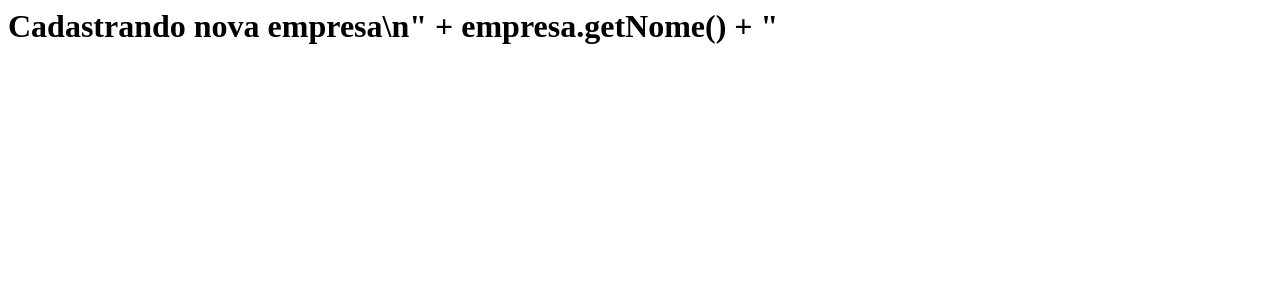
Repository: DerickLFAndrade/Aplicacao_Java_Web_Servlet_TomCat
Page: http://localhost/gerenciador/novaEmpresaCriada.jsp
The author's editor kept a copy of each file at every save. The page is drawn from the files as they stood at one save, then again after the next save.
The browser window is 1280 px wide. The pictures show the whole page.
The page is served by Tomcat 9.

Above is the page before, as saved 2023-01-06 04:49:15.

After the next save:
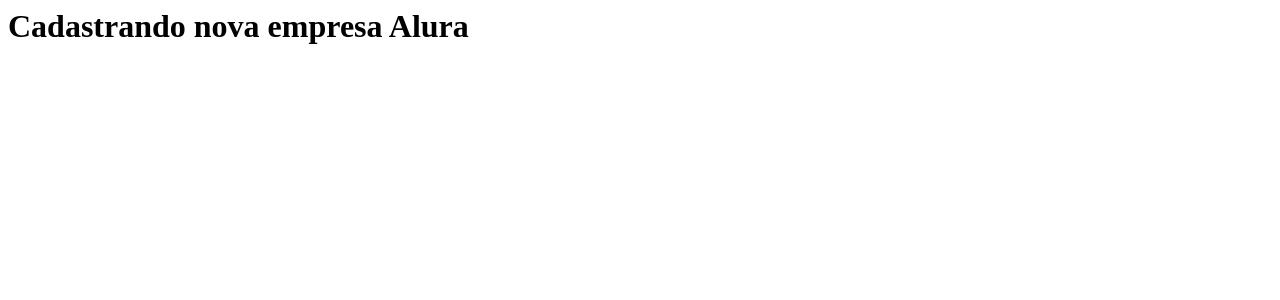
Saved 4 min 25 s later.
--- a/gerenciador/WebContent/novaEmpresaCriada.jsp
+++ b/gerenciador/WebContent/novaEmpresaCriada.jsp
@@ -5,6 +5,6 @@
 
 <html>
 <body
-><h1>Cadastrando nova empresa\n" + empresa.getNome() + "</h1>
+><h1>Cadastrando nova empresa <%= nomeEmpresa%></h1>
 </body
 ></html>
